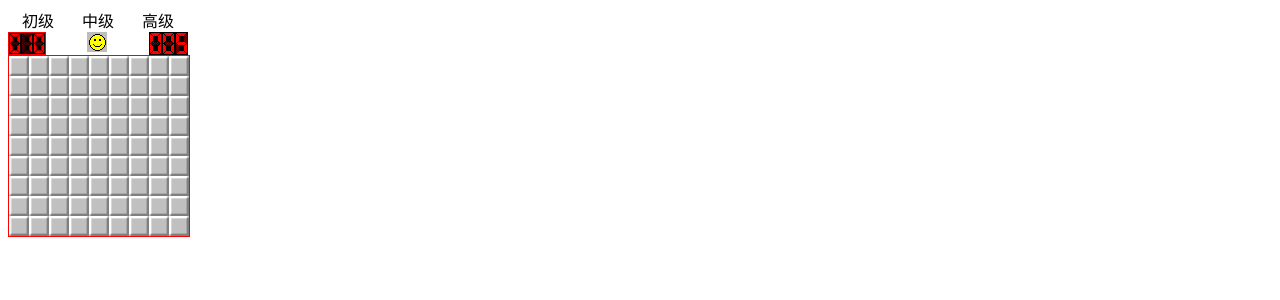
Repository: vLinv/MineSweeper
Page: index.html
These files come from the project's save history. The page is drawn as it stood at one moment and after the next save; the edit follows.
The browser window is 1280 px wide. The pictures show the whole page.

Above is the page before, as saved 2022-02-18 16:32:37.

### index.html
<!DOCTYPE html>
<html lang="en">

<head>
  <meta charset="UTF-8">
  <meta http-equiv="X-UA-Compatible" content="IE=edge">
  <meta name="viewport" content="width=device-width, initial-scale=1.0">
  <title>MineSweeper</title>
</head>

<body>
  <div class="level_select">
    <span class="level" onclick="changeLevel('primary')">初级</span>
    <span class="level" onclick="changeLevel('intermediate')">中级</span>
    <span class="level" onclick="changeLevel('advanced')">高级</span>
  </div>
  <div class="game_wrap">
    <div class="header_wrap">
      <canvas id="mineNumCanvas" width="39" height="23" style="border: 1px solid red;"></canvas>
      <div class="face_btn" onclick="restartGame()">
        <img src="./img/face_normal.gif" alt="">
      </div>
      <canvas id="timeCanvas" width="39" height="23"></canvas>
    </div>
    <div class="section_wrap">
      <canvas id="canvas" width="180" height="180"></canvas>
    </div>
  </div>
  <style>
    #canvas {
      border: 1px solid red;
    }

    .level_select {
      width: 180px;
      display: flex;
    }

    .level {
      flex: 1;
      text-align: center;
    }

    .header_wrap {
      width: 180px;
      height: 23px;
      display: flex;
    }

    #mineNumCanvas {
      flex: 1;
    }

    .face_btn {
      flex: 3;
      text-align: center;
    }

    #timeCanvas {
      flex: 1;
    }
  </style>
  <script>
    /** @type {HTMLCanvasElement} */
    // 游戏canvas
    const canvasNode = document.getElementById('canvas')
    const ctx = canvasNode.getContext('2d')
    // mineNum与timer Canvas
    const mineNumNode = document.getElementById('mineNumCanvas')
    const timerNode = document.getElementById('timeCanvas')
    const mineNumCtx = mineNumNode.getContext('2d')
    const timerCtx = timerNode.getContext('2d')

    // 存储图片路径（name, url）
    const imgArr = new Map();
    // 存储已加载好的图片 (name, img)
    const imgArrElement = new Map();
    // 资源是否加载完成
    let sourceInit = false;

    let mineSweeper = null;
    let curLevel = 'primary'

    const MAP_LEVEL = {
      'primary': {
        mapSize: [9, 9],
        mineNum: 10
      },
      'intermediate': {
        mapSize: [16, 16],
        mineNum: 40
      },
      'advanced': {
        mapSize: [16, 30],
        mineNum: 99
      }
    }

    function initImage() {
      imgArr.set('ask', './img/ask.gif')
      imgArr.set('blank', './img/blank.gif')
      imgArr.set('blood', './img/blood.gif')
      imgArr.set('flag', './img/flag.gif')
      imgArr.set('mine', './img/mine.gif')
      for (let i = 0; i <= 8; i++) {
        imgArr.set(i, './img/' + i + '.gif')
      }
      for (let i = 0; i <= 9; i++) {
        imgArr.set('num_' + i, './img/num_' + i + '.jpg');
      }
      const loadImage = (url) => {
        return new Promise((reslove) => {
          let img = new Image();
          img.onload = () => reslove(img)
          img.src = url
        })
      }
      const promiseArr = [];
      // 获取所有图片的promise对象并使用promise.all进行加载
      [...imgArr.keys()].forEach(e => {
        promiseArr.push(loadImage(imgArr.get(e)))
      });
      sourceInit = true;
      return Promise.all(promiseArr)
    }

    // 开始游戏
    async function startGame() {
      if (!sourceInit) {
        const res = await initImage()
        const keys = [...imgArr.keys()];
        res.forEach((item, index) => {
          imgArrElement.set(String(keys[index]), item)
        })
      }
      mineSweeper = new MineSweeper(curLevel);
      mineSweeper.initGame();
    }

    class MineSweeper {
      constructor(curLevel) {
        this.level = curLevel
        this.map = [];
        this.mapSizeX = 0;
        this.mapSizeY = 0;
        this.mineNum = 0;
        this.bombList = [];
        this.flagList = [];
        this.problemList = [];
        this.isGameOver = false;
        this.mineNumCanvas = mineNumCtx;
        this.timerCanvas = timerCtx;
        this.timer = null;
        this.time = 0;
      }

      initGame() {
        const {
          mapSize,
          mineNum
        } = MAP_LEVEL[this.level]
        this.mapSizeX = mapSize[0];
        this.mapSizeY = mapSize[1];
        canvasNode.width = this.mapSizeX * 20;
        canvasNode.height = this.mapSizeY * 20;
        this.mineNum = mineNum;
        this.buildMap();
        this.buildBomb();
        this.drawMap();
        this.drawGameInfo(this.mineNum, this.mineNumCanvas);
        this.drawGameInfo(this.time, this.timerCanvas)
        this.timer = setInterval(() => {
          this.time += 1;
          this.drawGameInfo(this.time, this.timerCanvas)
          if (this.time >= 999) {
            this.time = 0;
          }
        }, 1000)
      }

      buildMap() {
        for (let i = 0; i < this.mapSizeX; i++) {
          this.map.push(new Array(this.mapSizeY).fill(-1))
        }
      }

      buildBomb() {
        let curBomb = 0;
        while (curBomb < this.mineNum) {
          let xPos = Number.parseInt(Math.random() * this.mapSizeX);
          let yPos = Number.parseInt(Math.random() * this.mapSizeY);
          if (this.bombList.find(item => {
              return xPos === item[0] && yPos === item[1]
            }) === undefined) {
            this.bombList.push([xPos, yPos])
            curBomb++;
          }
        }
      }
      // 绘制
      drawMap() {
        const blankImg = imgArrElement.get('blank')
        const flag = imgArrElement.get('flag')
        for (let i = 0; i < this.mapSizeX; i++) {
          for (let j = 0; j < this.mapSizeY; j++) {
            if (this.map[i][j] === -1) {
              ctx.drawImage(blankImg, 0, 0, blankImg.width, blankImg.height, 20 * i, 20 * j, 20, 20)
            } else if (this.map[i][j] >= 0) {
              const numImg = imgArrElement.get(this.map[i][j] + '')
              ctx.drawImage(numImg, 0, 0, numImg.width, numImg.height, 20 * i, 20 * j, 20, 20)
            }
            if (this.posInflagList(i, j) !== -1) {
              ctx.drawImage(flag, 0, 0, flag.width, flag.height, 20 * i, 20 * j, 20, 20)
            }
          }
        }
      }

      drawAllBomb(xPos, yPos) {
        const blood = imgArrElement.get('blood')
        const mine = imgArrElement.get('mine')
        // 绘制所有地雷
        this.bombList.forEach(e => {
          if (e[0] === xPos && e[1] === yPos) {
            ctx.drawImage(blood, 0, 0, blood.width, blood.height, 20 * e[0], 20 * e[1], 20, 20)
          } else {
            ctx.drawImage(mine, 0, 0, mine.width, mine.height, 20 * e[0], 20 * e[1], 20, 20)
          }
        })
      }


      // 绘制地雷数与计时器
      drawGameInfo(num, ctx) {
        // 将num转换为3位数字
        const tmpArr = new Array(3).fill(0);
        const arr = [...num + '']
        while (arr.length < 3) {
          arr.unshift('0')
        }
        for (let i = 0; i < 3; i++) {
          ctx.drawImage(imgArrElement.get('num_' + arr[i]), i * 13, 0)
        }
      }

      // 获取(xPos, yPos)周围八格位置
      getAroundGrid(xPos, yPos) {
        const pos = [-1, 0, 1];
        const around = [];
        for (let i = 0; i < pos.length; i++) {
          let tmpxPos = xPos + pos[i];
          // 边界
          if (tmpxPos < 0 || tmpxPos >= this.mapSizeX) {
            continue
          }
          for (let j = 0; j < pos.length; j++) {
            let tmpyPos = yPos + pos[j];
            if (tmpyPos < 0 || tmpyPos >= this.mapSizeY || (tmpxPos === xPos && tmpyPos === yPos)) {
              continue
            }
            around.push([tmpxPos, tmpyPos])
          }
        }
        return around;
      }

      // 点击(xPos, yPos)操作
      clickPos(xPos, yPos) {
        // 判断游戏是否结束
        if (this.posInBombList(xPos, yPos)) {
          this.gameOver(xPos, yPos);
          return;
        }
        const queue = []
        queue.push([xPos, yPos]);
        while (queue.length > 0) {
          let tmpNode = queue.shift()
          let tmpxPos = tmpNode[0],
            tmpyPos = tmpNode[1]
          // 该点为雷或已经打开则跳过
          if (this.posInBombList(tmpxPos, tmpyPos) || this.map[tmpxPos][tmpyPos] >= 0) {
            continue;
          }
          const around = this.getAroundGrid(tmpxPos, tmpyPos, this.map.length)
          // around中有几个雷
          let bombNum = 0
          around.forEach(x => {
            this.bombList.forEach(y => {
              if (x[0] === y[0] && x[1] === y[1]) {
                bombNum++;
              }
            })
          })
          this.map[tmpxPos][tmpyPos] = bombNum;
          // 如果周围没有雷，则继续打开周围坐标
          if (bombNum === 0) {
            queue.push(...around)
          }
        }
        this.drawMap()
      }

      // 游戏结束操作
      gameOver(xPos, yPos) {
        this.drawAllBomb(xPos, yPos)
        this.isGameOver = true;
      }

      // (xPos, yPos)是否为雷
      posInBombList(xPos, yPos) {
        // true: 存在
        return this.bombList.find(item => {
          return xPos === item[0] && yPos === item[1]
        }) !== undefined
      }

      // (xPos, yPos)是否被标记
      posInflagList(xPos, yPos) {
        return this.flagList.findIndex(item => {
          return xPos === item[0] && yPos === item[1]
        })
      }

      // 判断游戏是否胜利
      checkGameWin() {
        // 剩余未打开格子都存在于bombList中
        for (let i = 0; i < this.mapSizeX; i++) {
          for (let j = 0; j < this.mapSizeY; j++) {
            let tmpGrid = this.map[i][j]
            if (tmpGrid < 0 && !this.posInBombList(i, j)) {
              return false;
            }
          }
        }
        return true;
      }

      // 标记(xPos, yPos)
      signBomb(xPos, yPos) {
        const pos = this.posInflagList(xPos, yPos)
        if (pos !== -1) {
          this.flagList.splice(pos, 1)
        } else {
          this.flagList.push([xPos, yPos])
        }
        this.drawGameInfo(this.mineNum - this.flagList.length, this.mineNumCanvas)
        this.drawMap()
      }

      closeTimer() {
        clearInterval(this.timer)
      }
    }

    // 监听点击事件
    document.addEventListener('click', e => {
      if (e.target !== canvas || mineSweeper.isGameOver) {
        return;
      }
      mineSweeper.clickPos(Number.parseInt(e.offsetX / 20), Number.parseInt(e.offsetY / 20))
    })

    // 监听右键事件
    document.oncontextmenu = e => {
      if (e.target !== canvas || mineSweeper.isGameOver) {
        return false;
      }
      const xPos = Number.parseInt(Number.parseInt(e.offsetX / 20)),
        yPos = Number.parseInt(Number.parseInt(e.offsetY / 20))
      mineSweeper.signBomb(xPos, yPos)
      return false;
    };

    function restartGame() {
      mineSweeper.closeTimer();
      startGame();
    }


    // 改变等级
    function changeLevel(level) {
      curLevel = level
      restartGame();
    }
    startGame();
  </script>
</body>

</html>

After the next save:
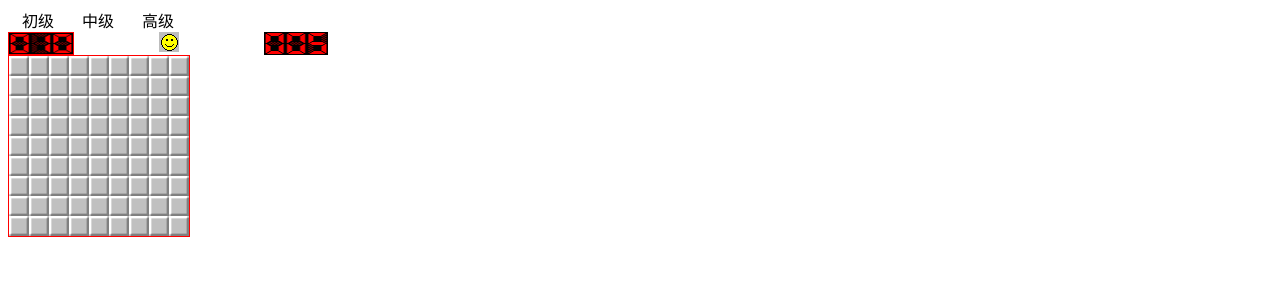
Saved 52 s later.
--- a/index.html
+++ b/index.html
@@ -42,7 +42,7 @@
     }
 
     .header_wrap {
-      width: 180px;
+      width: 320px;
       height: 23px;
       display: flex;
     }
